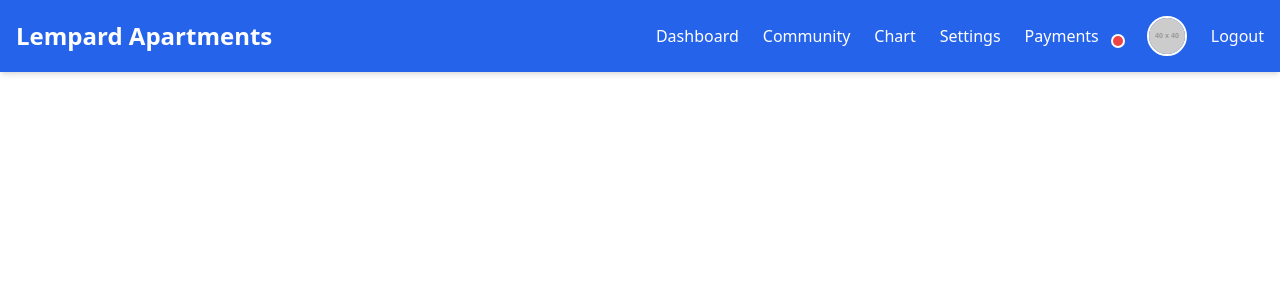
Repository: makanda596/system
Page: /home (app in client/)
These files come from the project's save history. The page is drawn as it stood at one moment and after the next save; the edit follows.
The browser window is 1280 px wide. The pictures show the whole page.
The project was rebuilt for these pictures with package versions that can differ from the ones it lists, and the page was loaded fresh each time. Also part of the build but not shown: client/src/SignUpForm.jsx, client/src/LoginForm.jsx. Imported but missing from the stored project, and not drawn on this page: client/src/reportWebVitals.

Above is the page before, as saved 2024-12-03 08:27:50.

### client/src/App.js
import React from 'react';
import { BrowserRouter as Router, Route, Routes } from 'react-router-dom';
import Home from './Home.jsx'
import SignUpForm from './SignUpForm.jsx'
import LoginForm from './LoginForm.jsx'
function App() {
  return (
    <div>
      <Router>
        <Routes>
          <Route path="/signup" element={<SignUpForm />} />
          <Route path='/' element={<LoginForm />} />
          <Route path='/home' element={<Home />} />
        </Routes>
      </Router>
    </div>
  );
}

export default App;

### client/src/Home.jsx
import React from 'react';
import Navbar from '../src/componets/Navbar'
function Home() {
    return (
        <div>
            <Navbar />
        </div>
    );
}

export default Home;

### client/src/componets/Navbar.jsx
import React from 'react';
import { Link } from 'react-router-dom';

function Navbar() {
    const handleLogout = () => {
        // Logic for logging out (e.g., clearing session data, tokens, etc.)
        window.location.href = '/login'; // Redirect to the login page after logout
    };

    return (
        <nav className="bg-blue-600 shadow-md">
            <div className="max-w-7xl mx-auto px-4 py-4 flex justify-between items-center">
                {/* Logo or Apartment Name */}
                <h1 className="text-white text-2xl font-bold">Lempard Apartments</h1>

                {/* Navbar links */}
                <div className="flex space-x-6 items-center text-white">
                    <Link to="/dashboard" className="hover:text-blue-300">Dashboard</Link>
                    <Link to="/community" className="hover:text-blue-300">Community</Link>
                    <Link to="/chart" className="hover:text-blue-300">Chart</Link>
                    <Link to="/settings" className="hover:text-blue-300">Settings</Link>
                    <Link to="/payments" className="hover:text-blue-300">Payments</Link>

                    {/* Alert Icon (Bell) */}
                    <div className="relative">
                        <span className="absolute top-0 right-0 inline-block w-2.5 h-2.5 bg-red-500 rounded-full ring-2 ring-white"></span>
                        <i className="fas fa-bell text-white text-xl"></i>
                    </div>

                    {/* Profile Picture */}
                    <div className="relative">
                        <img
                            src="https://via.placeholder.com/40" // Replace with actual profile picture URL
                            alt="Profile"
                            className="w-10 h-10 rounded-full border-2 border-white"
                        />
                    </div>

                    {/* Logout Button */}
                    <button onClick={handleLogout} className="hover:text-blue-300">Logout</button>
                </div>
            </div>
        </nav>
    );
}

export default Navbar;

Loaded but not shown: client/src/index.js (common file); client/src/index.css (common file); client/tailwind.config.js (common file)

After the next save:
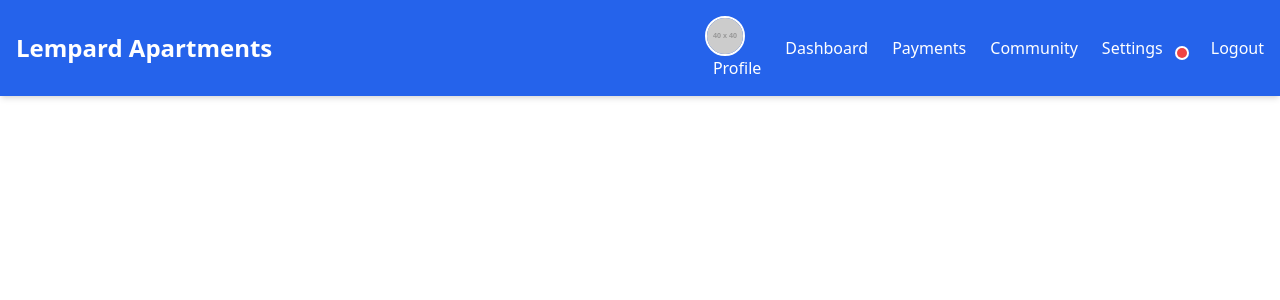
Saved 3 min 29 s later.
--- a/client/src/componets/Navbar.jsx
+++ b/client/src/componets/Navbar.jsx
@@ -15,25 +15,32 @@ function Navbar() {
 
                 {/* Navbar links */}
                 <div className="flex space-x-6 items-center text-white">
-                    <Link to="/dashboard" className="hover:text-blue-300">Dashboard</Link>
-                    <Link to="/community" className="hover:text-blue-300">Community</Link>
-                    <Link to="/chart" className="hover:text-blue-300">Chart</Link>
-                    <Link to="/settings" className="hover:text-blue-300">Settings</Link>
-                    <Link to="/payments" className="hover:text-blue-300">Payments</Link>
-
-                    {/* Alert Icon (Bell) */}
-                    <div className="relative">
-                        <span className="absolute top-0 right-0 inline-block w-2.5 h-2.5 bg-red-500 rounded-full ring-2 ring-white"></span>
-                        <i className="fas fa-bell text-white text-xl"></i>
-                    </div>
-
-                    {/* Profile Picture */}
+                    {/* Profile Picture and Profile Link */}
                     <div className="relative">
                         <img
                             src="https://via.placeholder.com/40" // Replace with actual profile picture URL
                             alt="Profile"
                             className="w-10 h-10 rounded-full border-2 border-white"
                         />
+                        <Link to="/profile" className="ml-2 hover:text-blue-300">Profile</Link>
+                    </div>
+
+                    {/* Dashboard Link */}
+                    <Link to="/dashboard" className="hover:text-blue-300">Dashboard</Link>
+
+                    {/* Payments Link */}
+                    <Link to="/payments" className="hover:text-blue-300">Payments</Link>
+
+                    {/* Community Link */}
+                    <Link to="/community" className="hover:text-blue-300">Community</Link>
+
+                    {/* Settings Link */}
+                    <Link to="/settings" className="hover:text-blue-300">Settings</Link>
+
+                    {/* Alert Icon (Bell) */}
+                    <div className="relative">
+                        <span className="absolute top-0 right-0 inline-block w-2.5 h-2.5 bg-red-500 rounded-full ring-2 ring-white"></span>
+                        <i className="fas fa-bell text-white text-xl"></i>
                     </div>
 
                     {/* Logout Button */}
